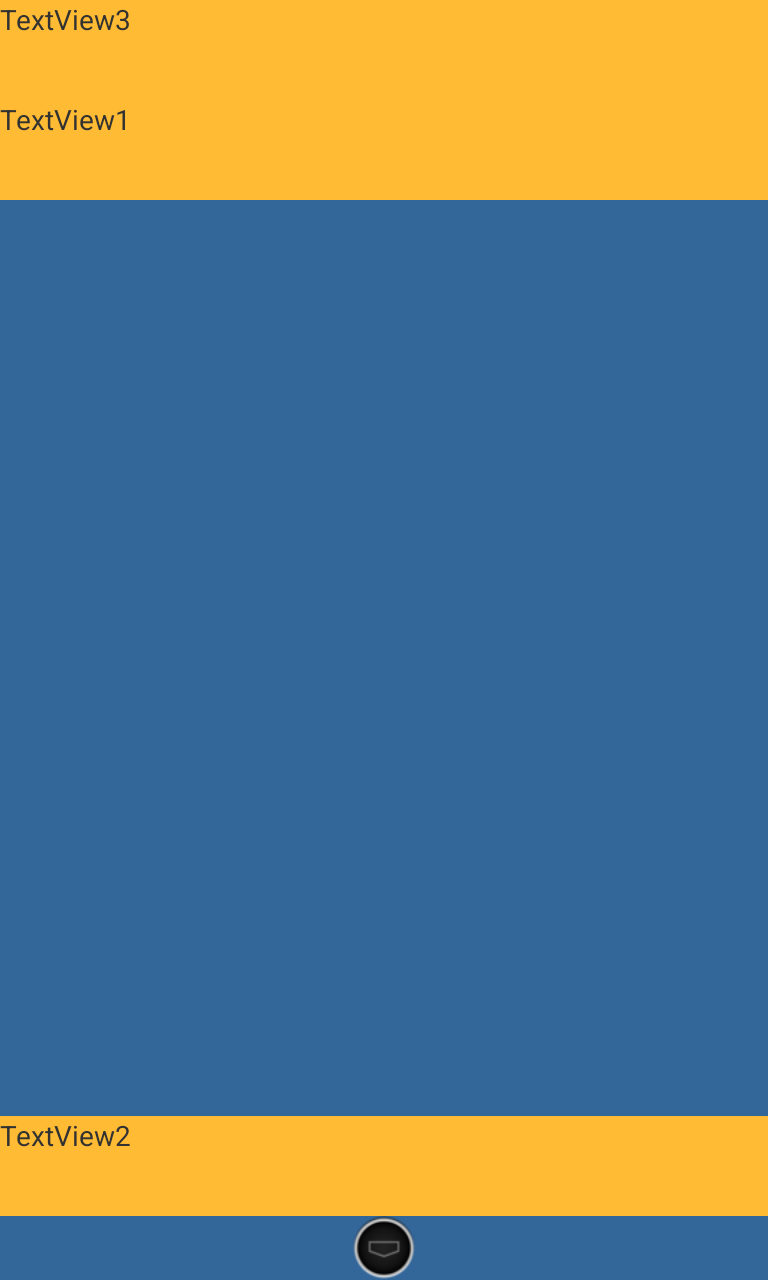
Repository: complexityclass/GosClient
Layout: Client/res/layout/activity_service.xml
The author's editor kept a copy of each file at every save. The layout is drawn from the files as they stood at one save, then again after a run of saves.
It is drawn on a 768 x 1280 px phone screen (xhdpi) without system bars, with theme AppTheme; the app's code is not run. Lists and similar views that code fills are empty.

Above is the layout before, as saved 2013-04-19 14:42:58.

After the next 2 saves:
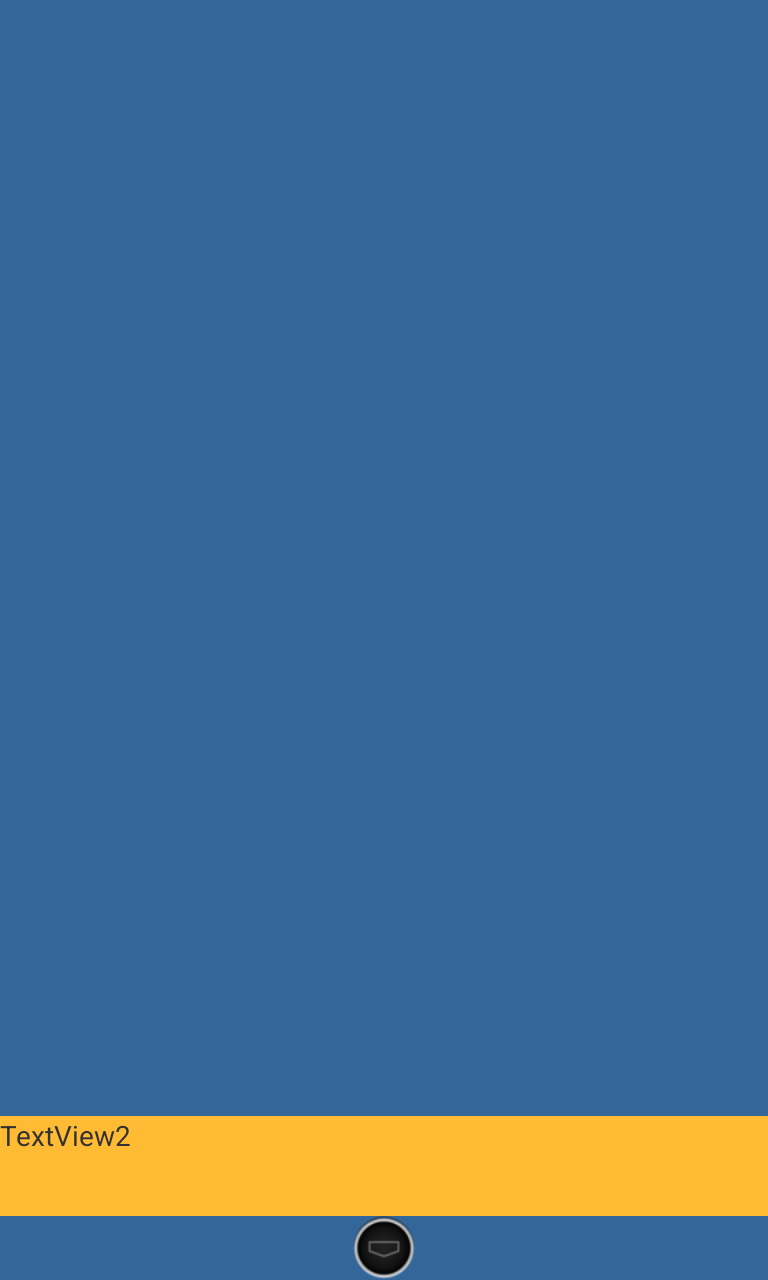
The 2 saves are shown as one change because they came seconds apart.
The last was saved 7 min 54 s later.
--- a/Client/res/layout/activity_service.xml
+++ b/Client/res/layout/activity_service.xml
@@ -3,20 +3,6 @@
     android:layout_width="fill_parent"
     android:layout_height="fill_parent"
     android:orientation="vertical" >
-
-    <TextView
-        android:id="@+id/textView3"
-        android:layout_width="match_parent"
-        android:layout_height="50dp"
-        android:background="@android:color/holo_orange_light"
-        android:text="TextView3" />
-
-    <TextView
-        android:id="@+id/textView1"
-        android:layout_width="match_parent"
-        android:layout_height="50dp"
-        android:background="@android:color/holo_orange_light"
-        android:text="TextView1" />
 
     <SlidingDrawer
         android:id="@+id/drawer"
